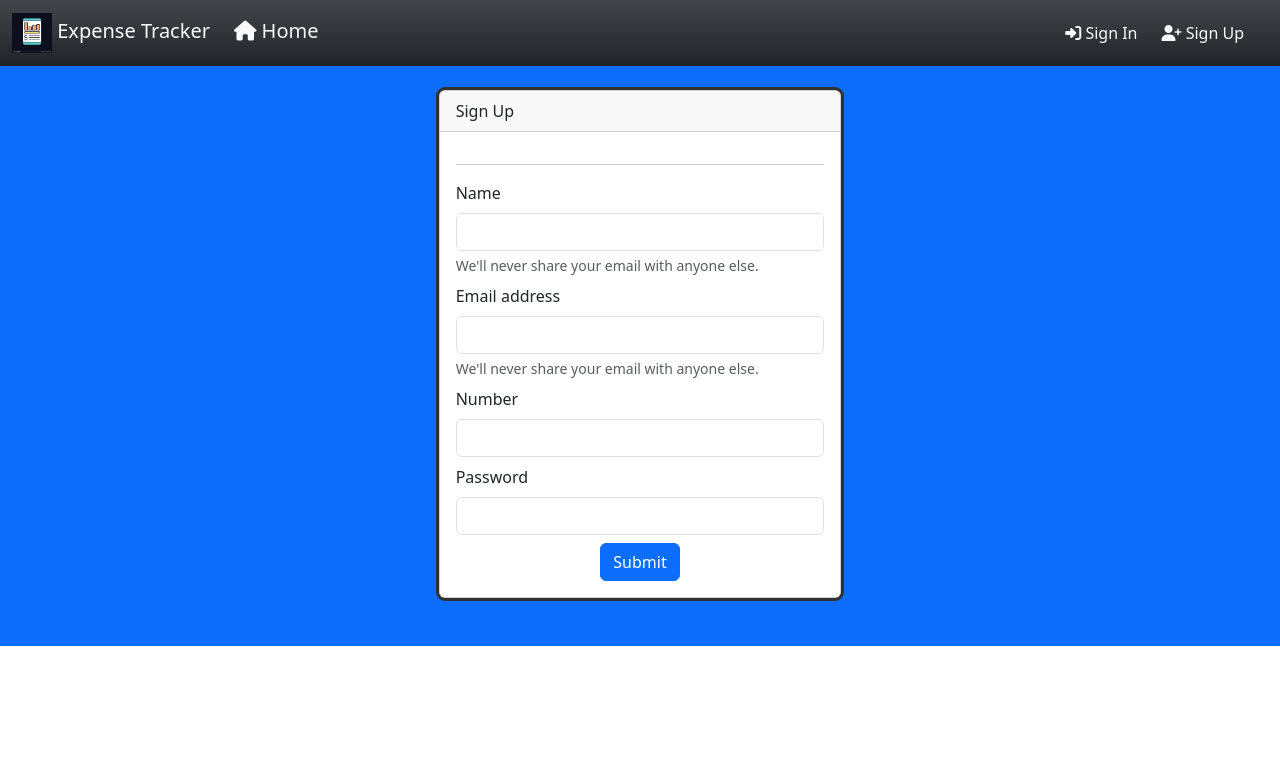
Repository: Gaurav560/OnlineExpenseTracker
Page: http://localhost/Online_Expense_Tracker/register.jsp
An editor plug-in stored every save of this project. The page is shown before and after the next save, followed by the edit.
The browser window is 1280 px wide. The pictures show the whole page.
The page is served by Tomcat 9.

Above is the page before, as saved 2023-05-04 15:17:23.

After the next save:
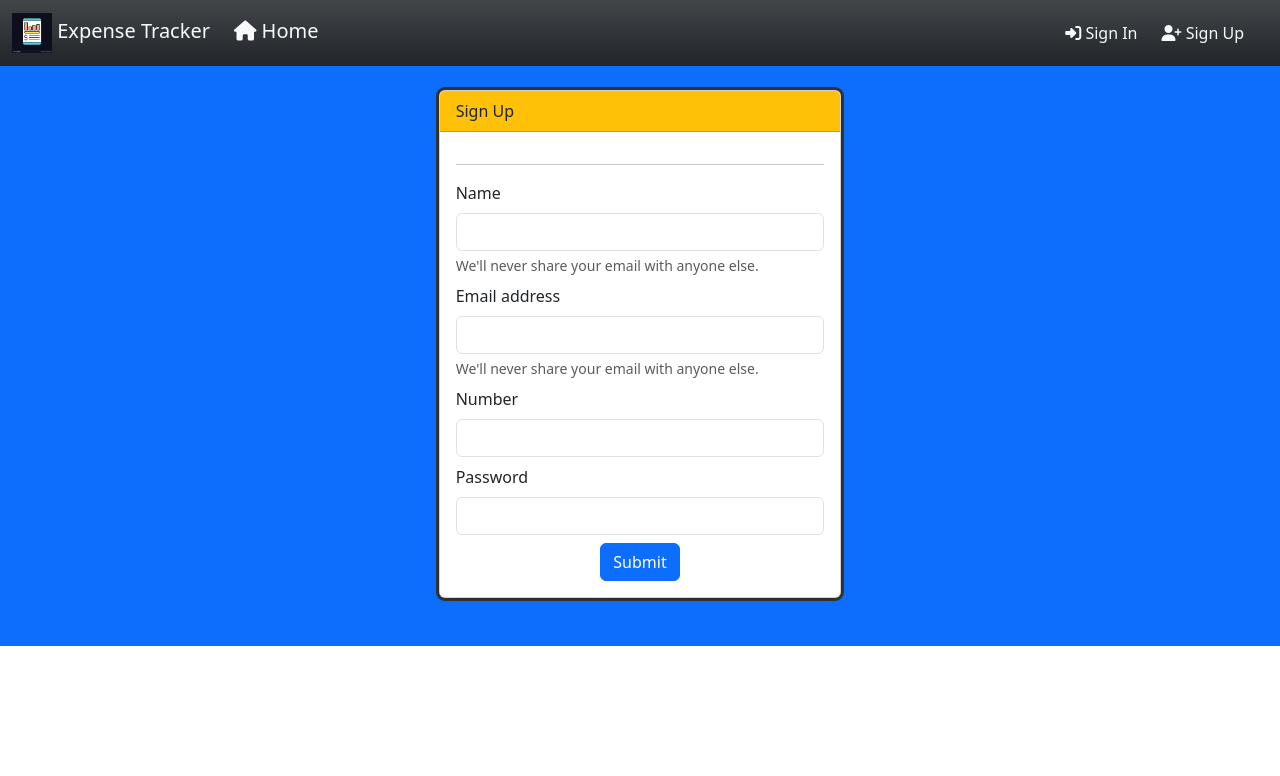
Saved 11 s later.
--- a/Online_Expense_Tracker/src/main/webapp/register.jsp
+++ b/Online_Expense_Tracker/src/main/webapp/register.jsp
@@ -20,7 +20,7 @@
 			<div class="col-md-4 offset-md-4 pb-5  ">
 				<div class="card mt-4"
 					style="box-shadow: rgba(0, 0, 0, 0.16) 0px 1px 4px, rgb(51, 51, 51) 0px 0px 0px 3px;">
-					<div class="card-header">Sign Up</div>
+					<div class="card-header bg-warning">Sign Up</div>
 
 					<div class="card-body">
 
